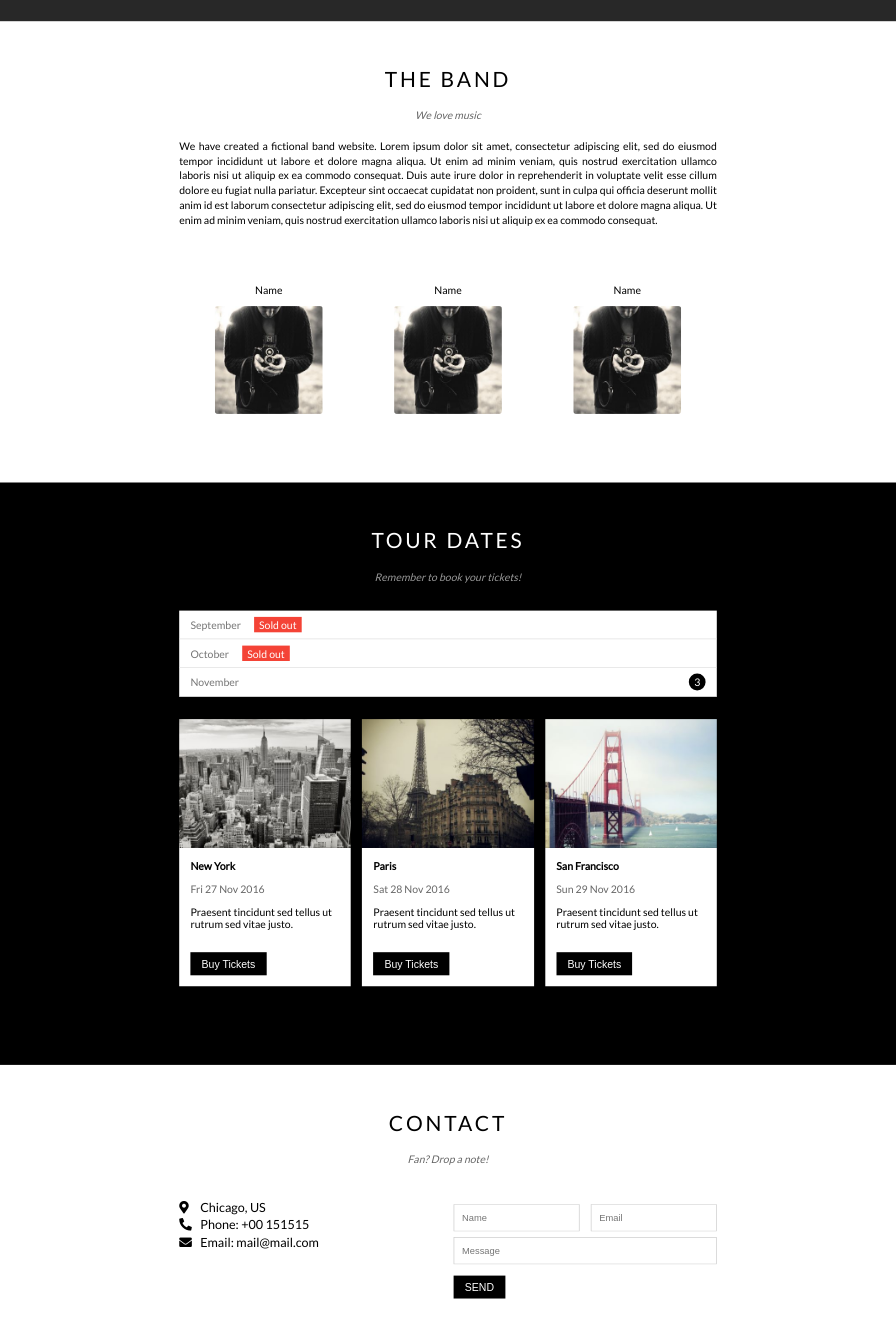
Repository: nguyenthaicong265/w3-band
Page: index.html
These files come from the project's save history. The page is drawn as it stood at one moment and after the next save; the edit follows.
The browser window is 1280 px wide. The pictures show the part of the page from y = 655 to 2575 px (the page is 2575 px tall), at 70% of full size.

Above is the page before, as saved 2022-01-05 01:16:11.

After the next save:
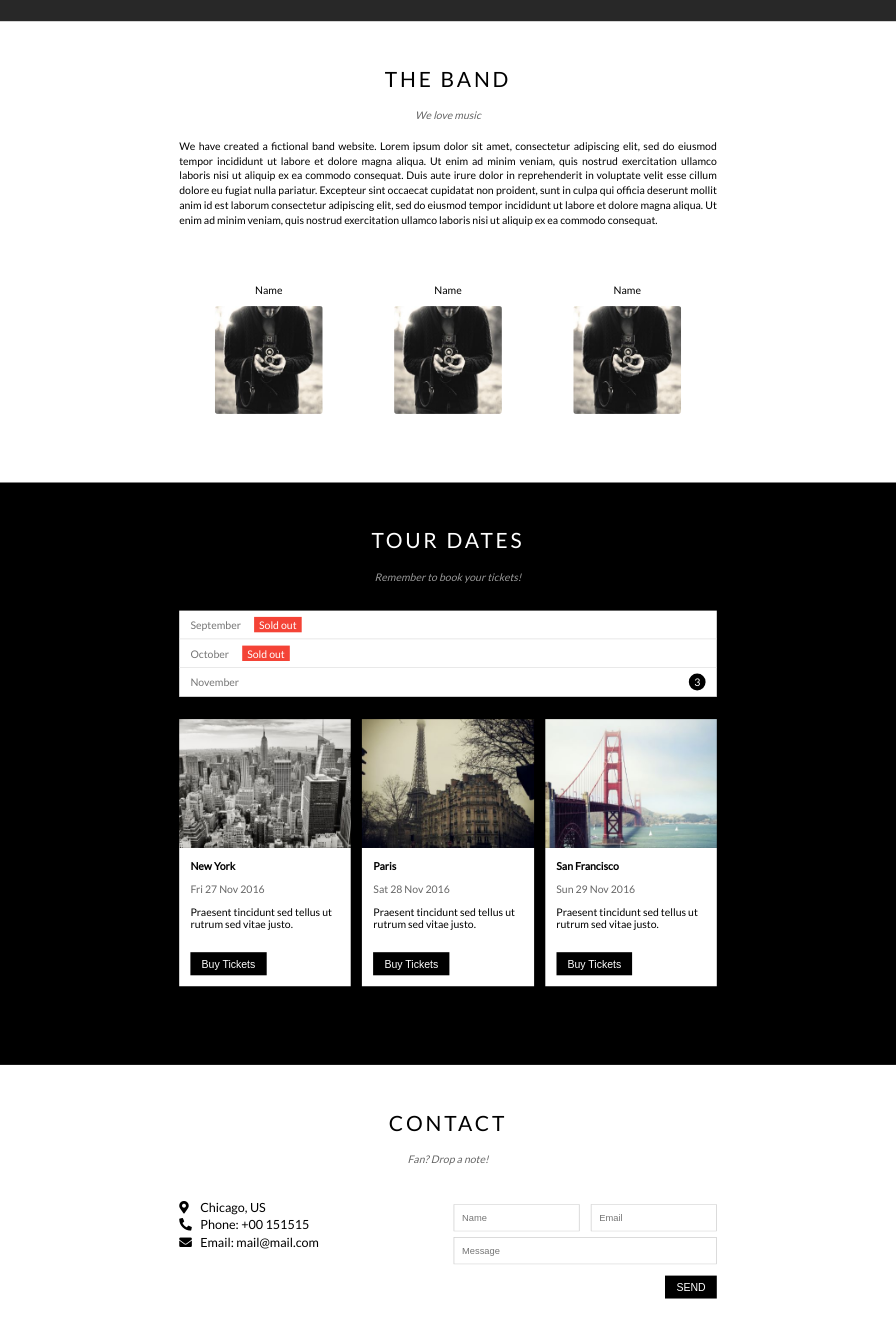
Saved 12 s later.
--- a/index.html
+++ b/index.html
@@ -174,7 +174,7 @@
                                     <input type="text" name="" required placeholder="Message" id="" class="form-control">
                                 </div>
                             </div>
-                            <input class="btn mt-16" type="submit" value="SEND">
+                            <input class="btn pull-right mt-16" type="submit" value="SEND">
                         </form>
                     </div>
                 </div>
